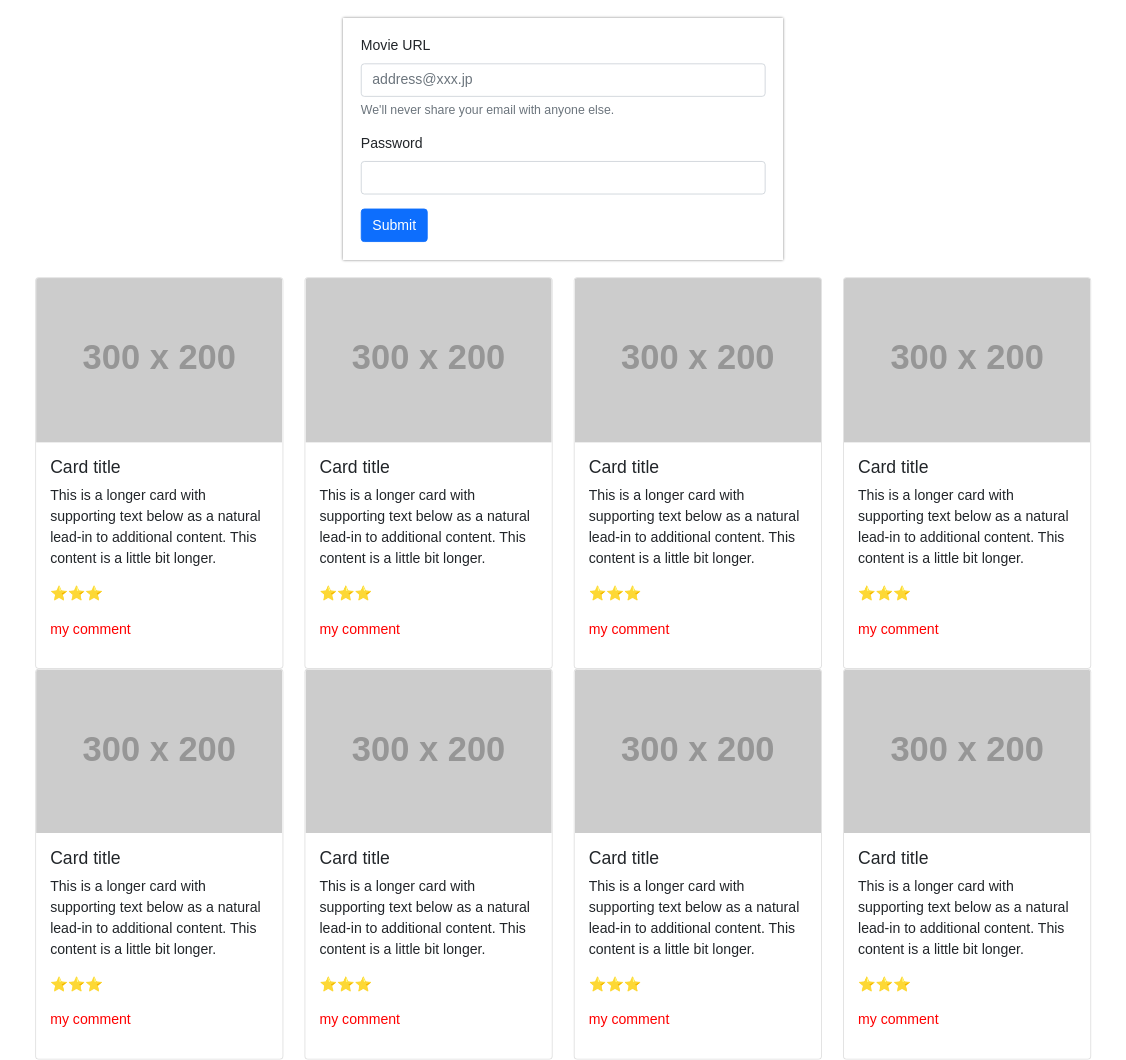
Repository: sinayaka-body/sparta
Page: frontend/test2.html
These files come from the project's save history. The page is drawn as it stood at one moment and after the next save; the edit follows.
The browser window is 1280 px wide. The pictures show the part of the page from y = 250 to 1458 px (the page is 1454 px tall before and 1458 px after), at 88% of full size.
Some web fonts or font styles are not loaded; a fallback is used.

Above is the page before, as saved 2023-04-15 17:07:39.

### frontend/test2.html
<!DOCTYPE html>
<html lang="en">
  <head>
    <meta charset="utf-8" />
    <meta name="viewport" content="width=device-width, initial-scale=1, shrink-to-fit=no" />

    <link href="https://cdn.jsdelivr.net/npm/bootstrap@5.0.2/dist/css/bootstrap.min.css" rel="stylesheet" integrity="sha384-EVSTQN3/azprG1Anm3QDgpJLIm9Nao0Yz1ztcQTwFspd3yD65VohhpuuCOmLASjC" crossorigin="anonymous" />
    <script src="https://ajax.googleapis.com/ajax/libs/jquery/3.5.1/jquery.min.js"></script>
    <script src="https://cdn.jsdelivr.net/npm/bootstrap@5.0.2/dist/js/bootstrap.bundle.min.js" integrity="sha384-MrcW6ZMFYlzcLA8Nl+NtUVF0sA7MsXsP1UyJoMp4YLEuNSfAP+JcXn/tWtIaxVXM" crossorigin="anonymous"></script>

    <title>Spartapedia</title>

    <style>
      @import url("https://fonts.googleapis.com/css2?family=Gowun+Dodum&display=swap");

      * {
        font-family: "Hahmlet", sans-serif;
      }

      .mytitle {
        width: 100%;
        height: 250px;

        background-image: linear-gradient(0deg, rgba(0, 0, 0, 0.5), rgba(0, 0, 0, 0.5)), url("https://movie-phinf.pstatic.net/20210715_95/1626338192428gTnJl_JPEG/movie_image.jpg");
        background-position: center;
        background-size: cover;

        color: white;

        display: flex;
        flex-direction: column;
        align-items: center;
        justify-content: center;
      }

      .mytitle > button {
        width: 200px;
        height: 50px;

        background-color: transparent;
        color: white;

        border-radius: 50px;
        border: 1px solid white;

        margin-top: 10px;
      }

      .mytitle > button:hover {
        border: 2px solid white;
      }

      .mycards {
        margin: 20px auto 0px auto;
        width: 95%;
        max-width: 1200px;
      }

      .mypost {
        width: 95%;
        max-width: 500px;
        margin: 20px auto 0px auto;
        padding: 20px;
        box-shadow: 0px 0px 3px 0px gray;
      }

      .mybtns {
        display: flex;
        flex-direction: row;
        align-items: center;
        justify-content: center;
        margin-top: 20px;
      }

      .mybtns > button {
        margin-right: 10px;
      }
    </style>
  </head>

  <body>
    <div class="mytitle">
      <h1>My favorite movies</h1>
      <button>Save a new movie</button>
    </div>

    <div class="mypost">
      <form>
        <div class="mb-3">
          <label for="exampleInputEmail1" class="form-label">Movie URL</label>
          <input type="url" class="form-control" id="exampleInputURL1" aria-describedby="MovieURL" placeholder="address@xxx.jp" />
          <div id="MovieURL" class="form-text">We'll never share your email with anyone else.</div>
        </div>
        <div class="mb-3">
          <label for="exampleInputPassword1" class="form-label">Password</label>
          <input type="password" class="form-control" id="exampleInputPassword1" />
        </div>
        <button type="submit" class="btn btn-primary">Submit</button>
      </form>
    </div>

    <div class="mycards">
      <div class="row row-cols-1 row-cols-md-4 g-4">
        <div class="col">
          <div class="card">
            <img src="https://placehold.jp/300x200.png" class="card-img-top" alt="..." />
            <div class="card-body">
              <h5 class="card-title">Card title</h5>
              <p class="card-text">This is a longer card with supporting text below as a natural lead-in to additional content. This content is a little bit longer.</p>
              <p>⭐⭐⭐</p>
              <p style="color: red">my comment</p>
            </div>
          </div>
        </div>
        <div class="col">
          <div class="card">
            <img src="https://placehold.jp/300x200.png" class="card-img-top" alt="..." />
            <div class="card-body">
              <h5 class="card-title">Card title</h5>
              <p class="card-text">This is a longer card with supporting text below as a natural lead-in to additional content. This content is a little bit longer.</p>
              <p>⭐⭐⭐</p>
              <p style="color: red">my comment</p>
            </div>
          </div>
        </div>
        <div class="col">
          <div class="card">
            <img src="https://placehold.jp/300x200.png" class="card-img-top" alt="..." />
            <div class="card-body">
              <h5 class="card-title">Card title</h5>
              <p class="card-text">This is a longer card with supporting text below as a natural lead-in to additional content. This content is a little bit longer.</p>
              <p>⭐⭐⭐</p>
              <p style="color: red">my comment</p>
            </div>
          </div>
        </div>
        <div class="col">
          <div class="card">
            <img src="https://placehold.jp/300x200.png" class="card-img-top" alt="..." />
            <div class="card-body">
              <h5 class="card-title">Card title</h5>
              <p class="card-text">This is a longer card with supporting text below as a natural lead-in to additional content. This content is a little bit longer.</p>
              <p>⭐⭐⭐</p>
              <p style="color: red">my comment</p>
            </div>
          </div>
        </div>
      </div>
      <div class="row row-cols-1 row-cols-md-4 g-4">
        <div class="col">
          <div class="card">
            <img src="https://placehold.jp/300x200.png" class="card-img-top" alt="..." />
            <div class="card-body">
              <h5 class="card-title">Card title</h5>
              <p class="card-text">This is a longer card with supporting text below as a natural lead-in to additional content. This content is a little bit longer.</p>
              <p>⭐⭐⭐</p>
              <p style="color: red">my comment</p>
            </div>
          </div>
        </div>
        <div class="col">
          <div class="card">
            <img src="https://placehold.jp/300x200.png" class="card-img-top" alt="..." />
            <div class="card-body">
              <h5 class="card-title">Card title</h5>
              <p class="card-text">This is a longer card with supporting text below as a natural lead-in to additional content. This content is a little bit longer.</p>
              <p>⭐⭐⭐</p>
              <p style="color: red">my comment</p>
            </div>
          </div>
        </div>
        <div class="col">
          <div class="card">
            <img src="https://placehold.jp/300x200.png" class="card-img-top" alt="..." />
            <div class="card-body">
              <h5 class="card-title">Card title</h5>
              <p class="card-text">This is a longer card with supporting text below as a natural lead-in to additional content. This content is a little bit longer.</p>
              <p>⭐⭐⭐</p>
              <p style="color: red">my comment</p>
            </div>
          </div>
        </div>
        <div class="col">
          <div class="card">
            <img src="https://placehold.jp/300x200.png" class="card-img-top" alt="..." />
            <div class="card-body">
              <h5 class="card-title">Card title</h5>
              <p class="card-text">This is a longer card with supporting text below as a natural lead-in to additional content. This content is a little bit longer.</p>
              <p>⭐⭐⭐</p>
              <p style="color: red">my comment</p>
            </div>
          </div>
        </div>
      </div>
    </div>
  </body>
</html>

After the next save:
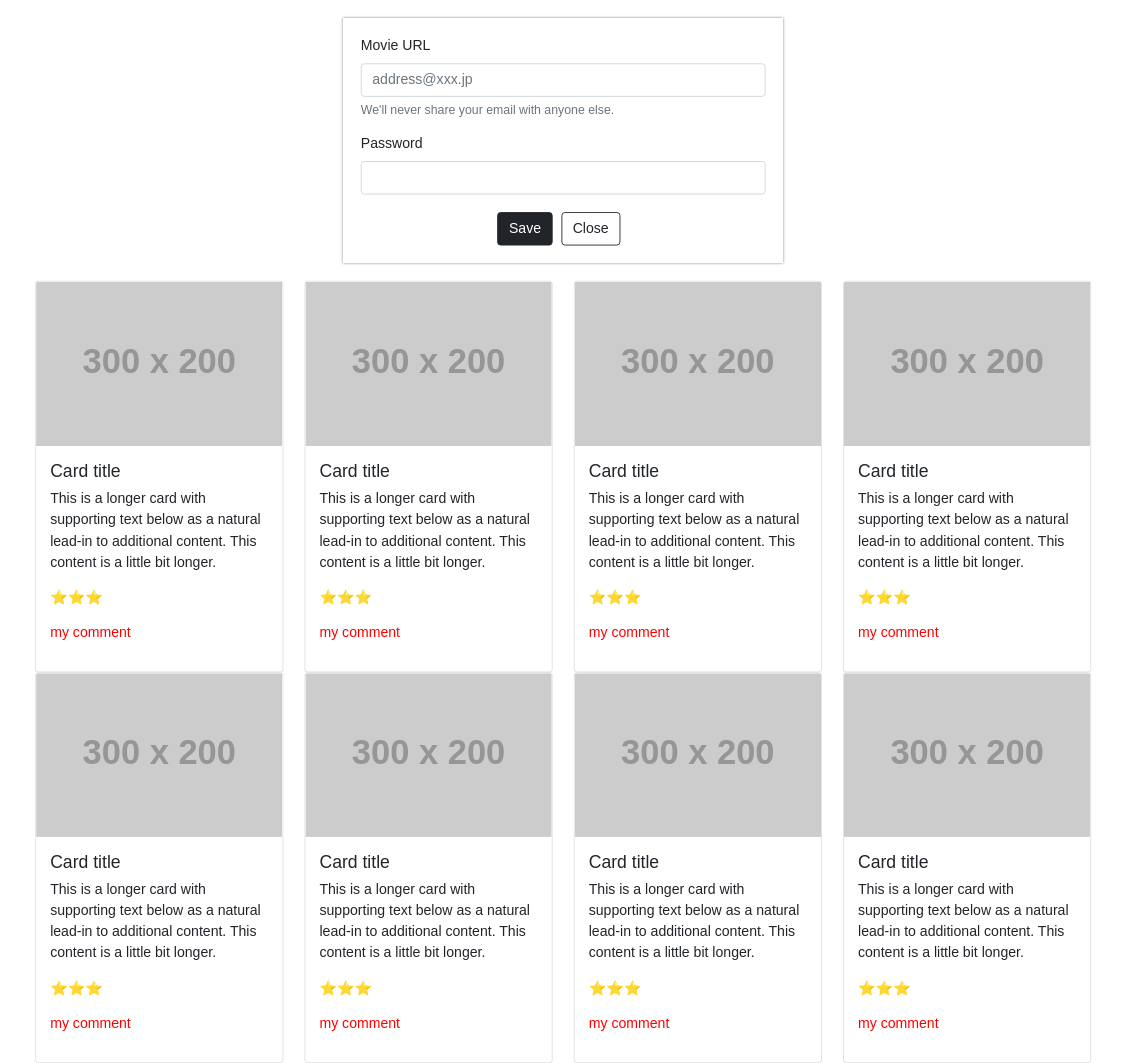
Saved 19 s later.
--- a/frontend/test2.html
+++ b/frontend/test2.html
@@ -95,7 +95,10 @@
           <label for="exampleInputPassword1" class="form-label">Password</label>
           <input type="password" class="form-control" id="exampleInputPassword1" />
         </div>
-        <button type="submit" class="btn btn-primary">Submit</button>
+        <div class="mybtns">
+          <button type="button" class="btn btn-dark">Save</button>
+          <button type="button" class="btn btn-outline-dark">Close</button>
+        </div>
       </form>
     </div>
 
